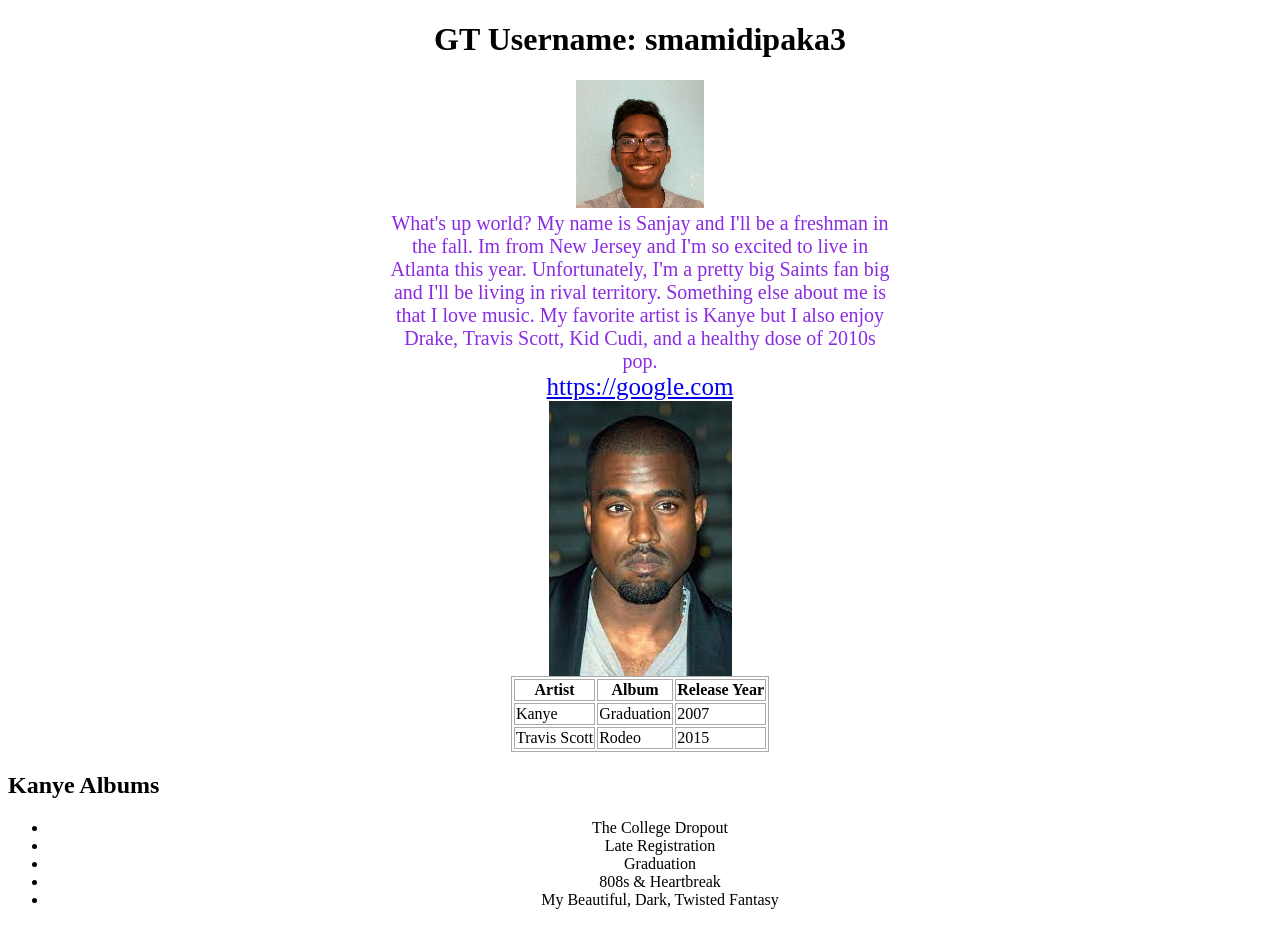
Repository: sanjayMamidipaka/cs1301
Page: lab01/index.html
An editor plug-in stored every save of this project. The page is shown before and after the next save, followed by the edit.
The browser window is 1280 px wide. The pictures show the whole page.

Above is the page before, as saved 2021-07-22 17:01:46.

After the next save:
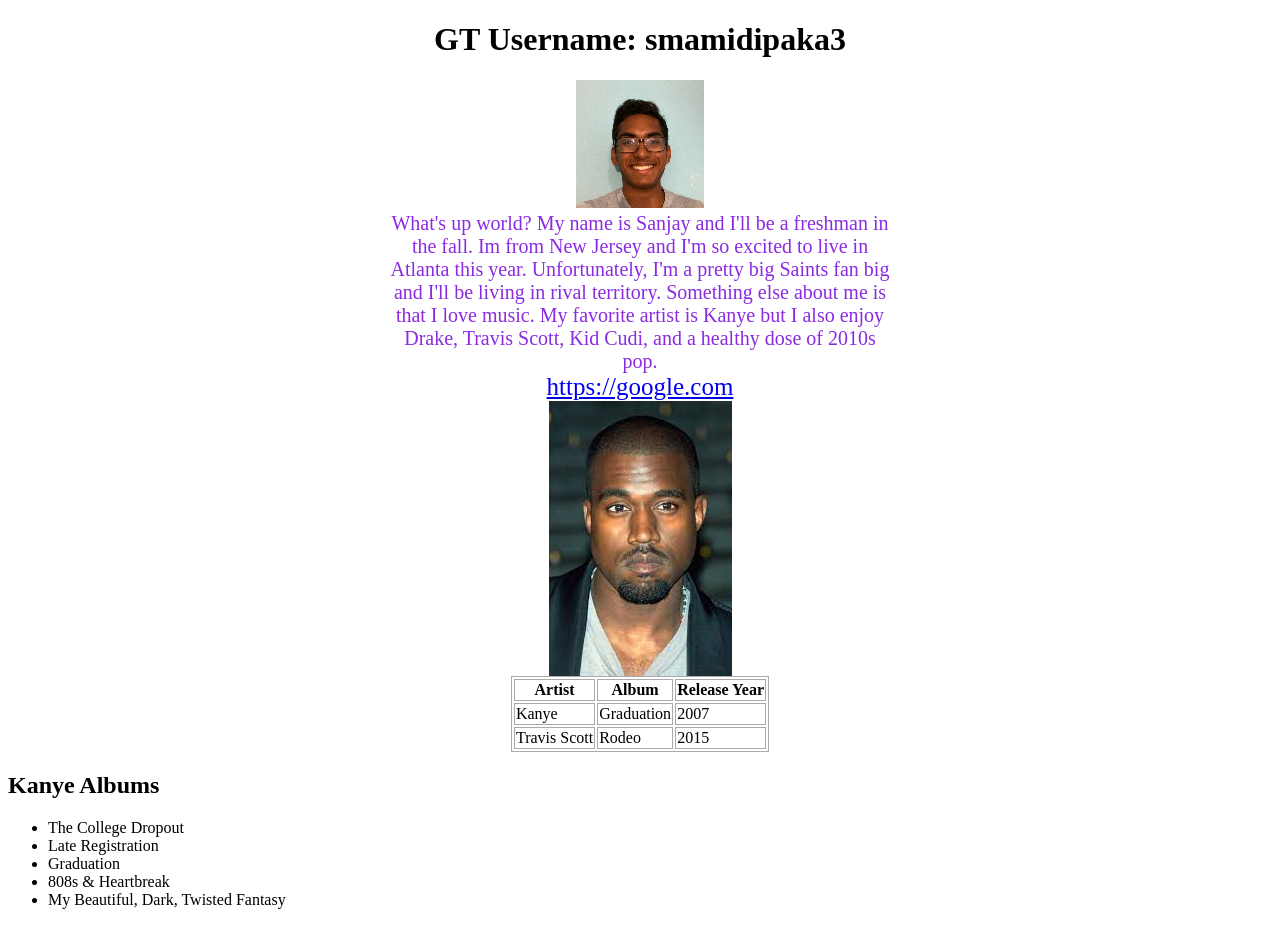
Saved 7 s later.
--- a/lab01/style.css
+++ b/lab01/style.css
@@ -26,6 +26,6 @@
     margin-right: auto;
 }
 
-ul {
+.classdiv {
     text-align: center;
 }
